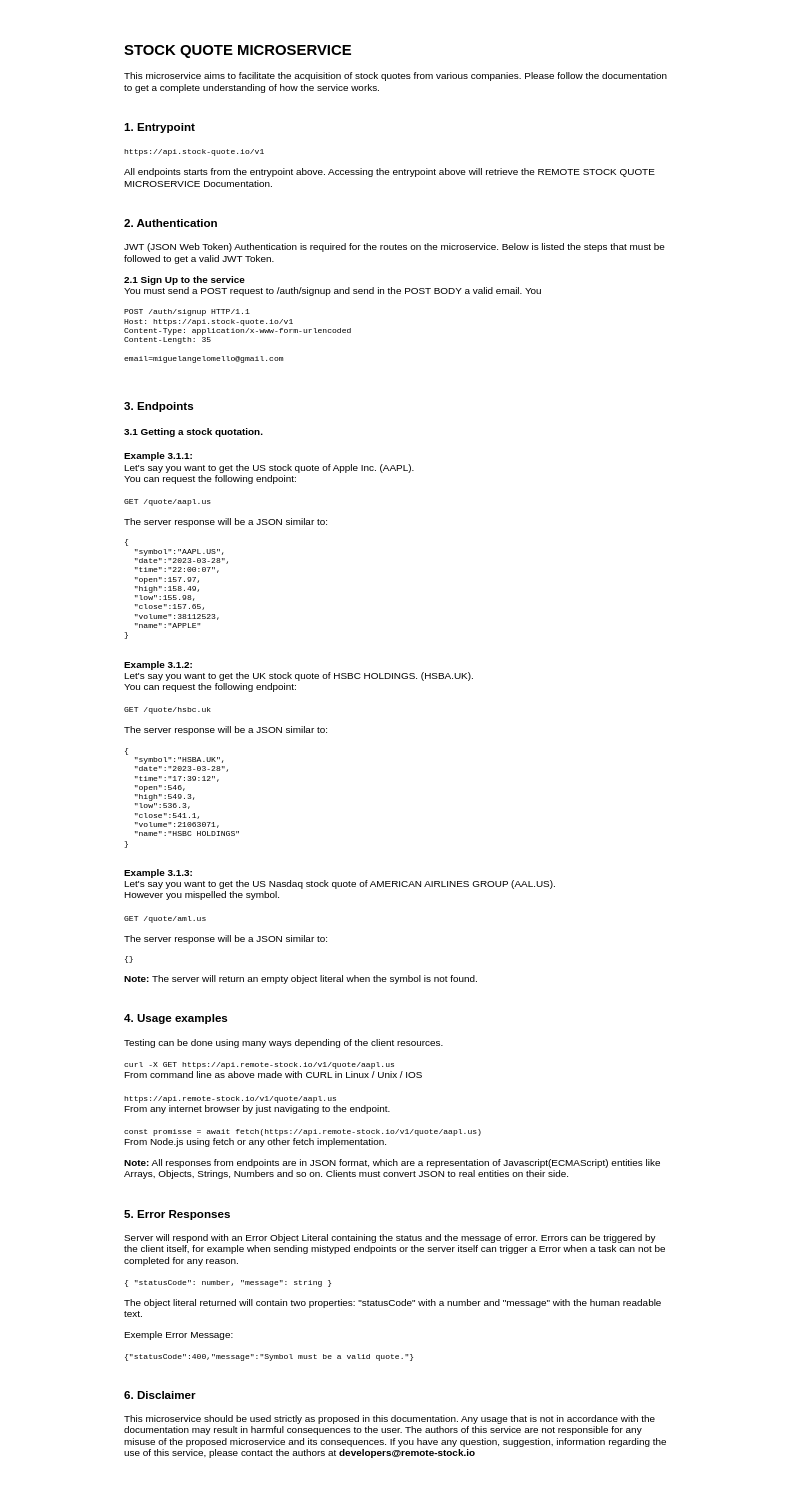
Repository: miguelamello/nest-js
Page: stock-service/documentation.html
The author's editor kept a copy of each file at every save. The page is drawn from the files as they stood at one save, then again after the next save.
The browser window is 1280 px wide. The pictures show the whole page, at 62% of full size.

Above is the page before, as saved 2023-04-01 15:50:13.

After the next save:
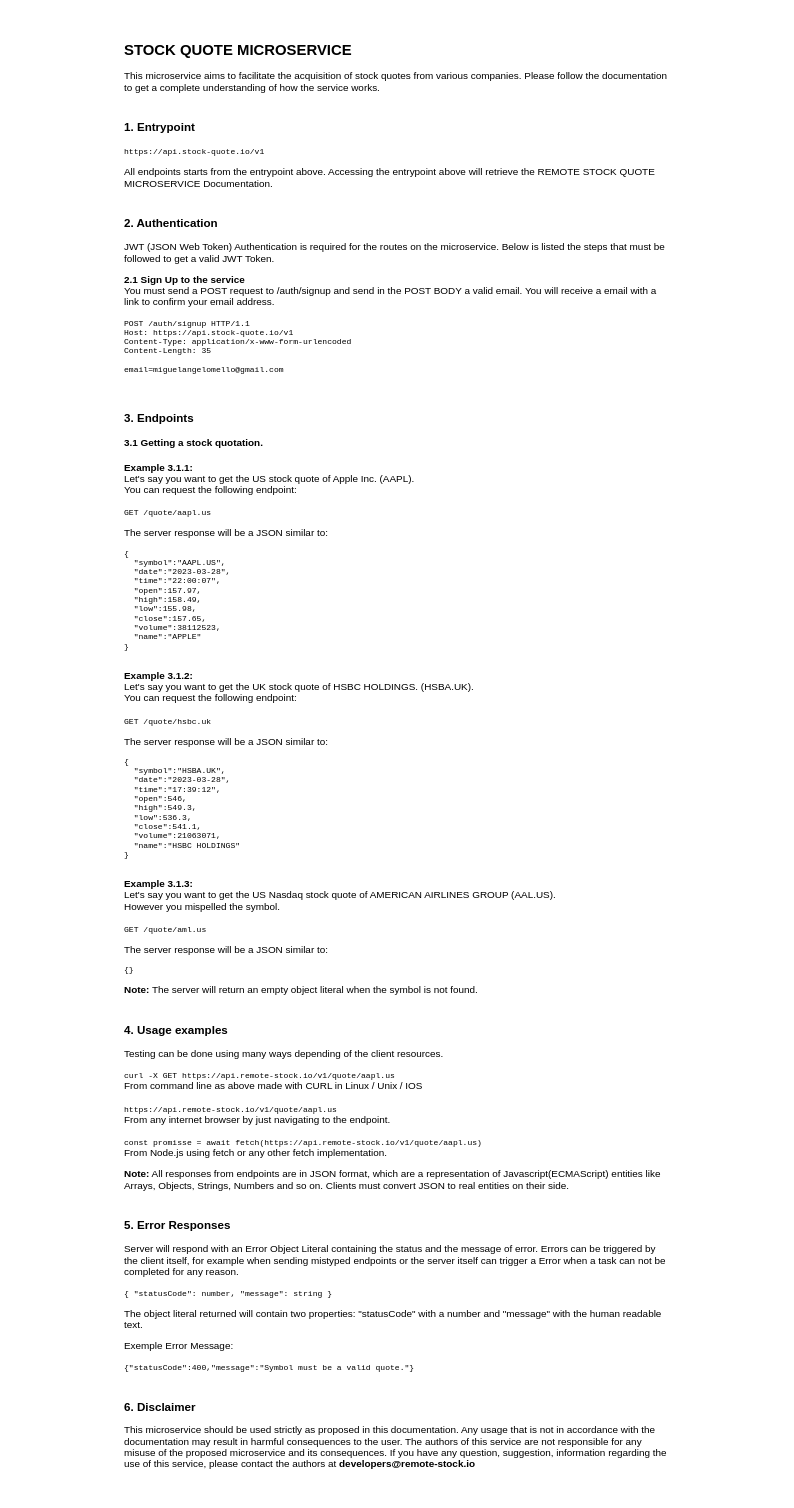
Saved 4 min 23 s later.
--- a/stock-service/documentation.html
+++ b/stock-service/documentation.html
@@ -39,7 +39,7 @@
   <p>
     <div><b>2.1 Sign Up to the service</b></div>
     <div>You must send a POST request to /auth/signup and send in the POST BODY a valid email.
-      You
+      You will receive a email with a link to confirm your email address.
     </div><br>
     <pre>
 POST /auth/signup HTTP/1.1
